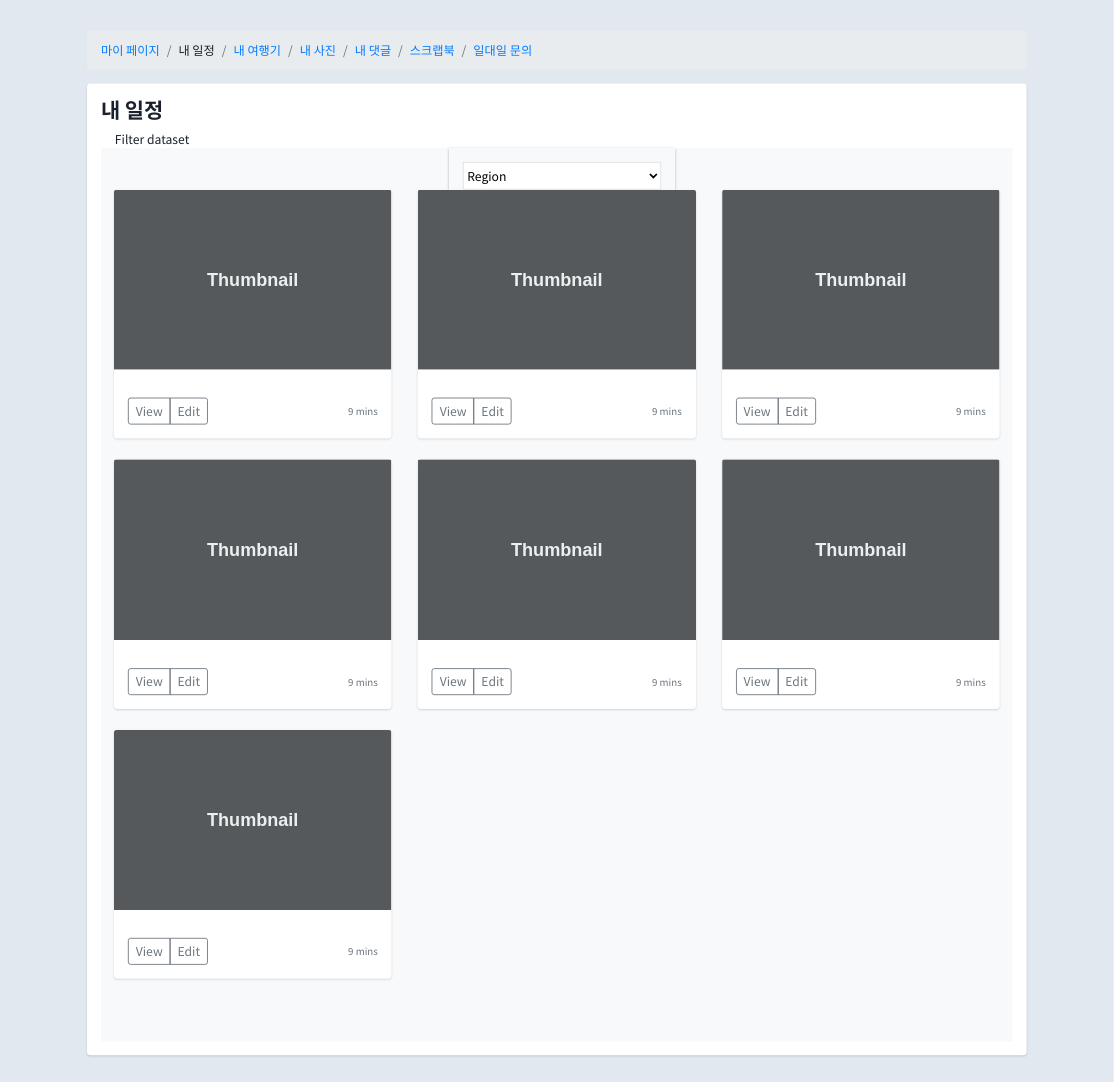
Repository: jangseohyun/LEGGO_2021
Page: http://localhost/PrjApp/MyTrip.jsp
An editor plug-in stored every save of this project. The page is shown before and after the next save, followed by the edit.
The browser window is 1280 px wide. The pictures show the whole page, at 87% of full size.
After loading, the first visible `a.filter-dropdown` was clicked once.
Some web libraries are served in a nearby version. The page is served by Tomcat 9.

Above is the page before, as saved 2021-06-30 13:14:28.

After the next save:
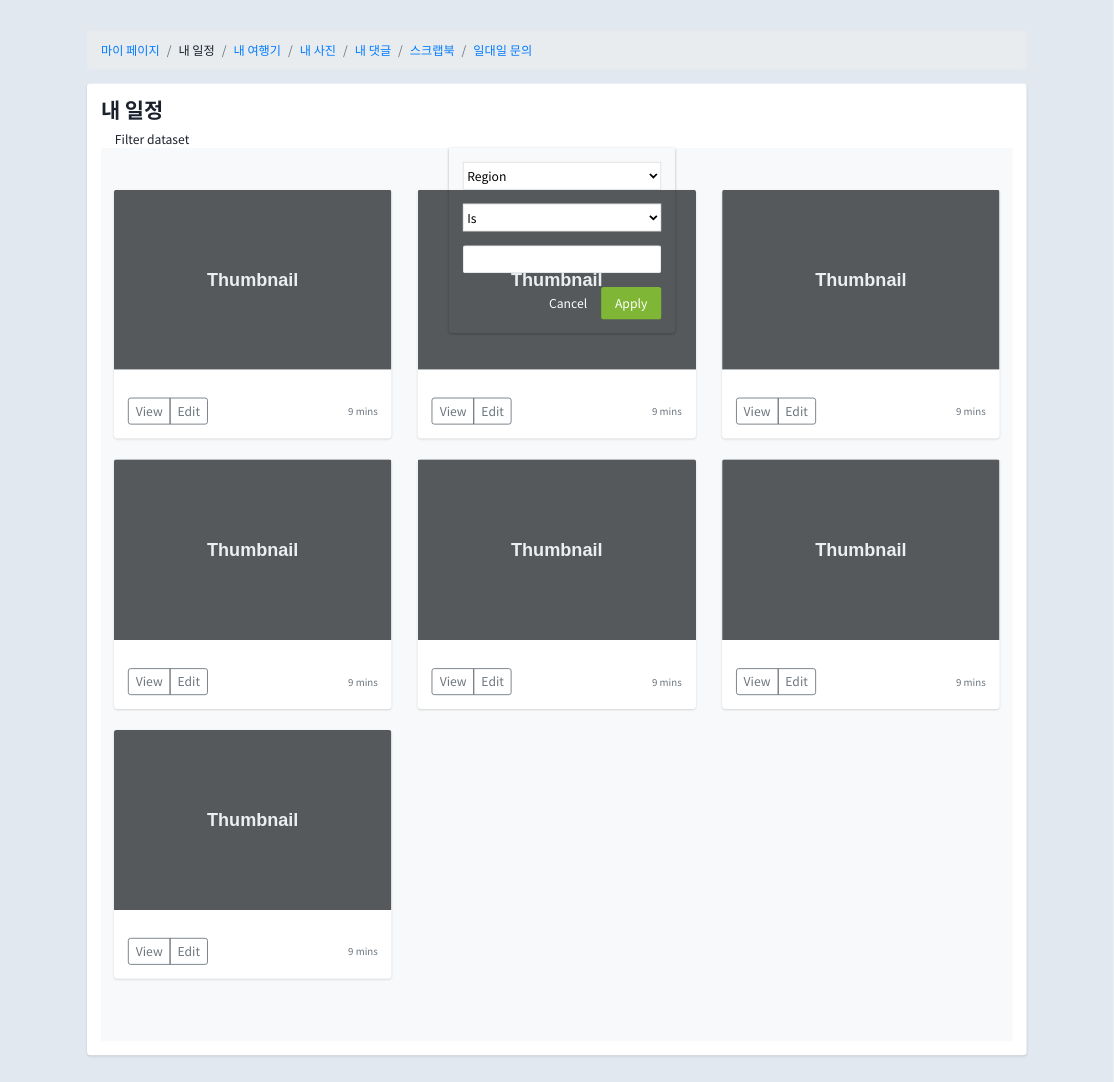
Saved 64 s later.
--- a/PrjApp/WebContent/MyTrip.jsp
+++ b/PrjApp/WebContent/MyTrip.jsp
@@ -394,6 +394,7 @@ i{
 .edit-filter-modal{
   width: 260px;
   position: absolute;
+  z-index: 1;
   left: 416px;
   border-radius: 0 0 4px 4px;
   box-shadow: 0 1px 3px 0 rgba(0,0,0,0.3);
